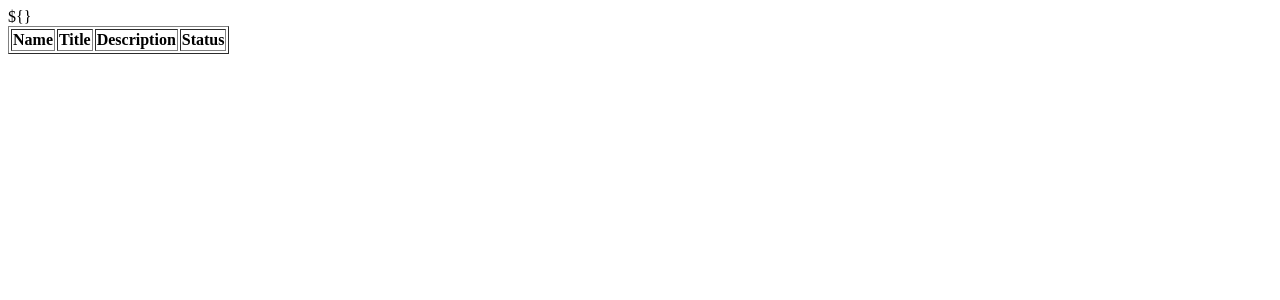
Repository: ARUN-YERRAM/Fs-Kmit
Page: index.html
The author's editor kept a copy of each file at every save. The page is drawn from the files as they stood at one save, then again after a run of saves.
The browser window is 1280 px wide. The pictures show the whole page.

Above is the page before, as saved 2024-12-14 15:21:02.

### index.html
<!DOCTYPE html>
<html lang="en">
<head>
    <meta charset="UTF-8">
    <meta name="viewport" content="width=device-width, initial-scale=1.0">
    <title>Document</title>

</head>
<body>
    <table border="1" id="table-body">
            <thead>
                <tr>
                    <th>Name</th>
                    <th>Title</th>
                    <th>Description</th>
                    <th>Status</th>
                </tr>
            </thead>

        <tbody>
            <!--  -->
            ${}
        </tbody>
        <script href="./app.js"></script>
    </table>
</body>
</html>

After the next 2 saves:
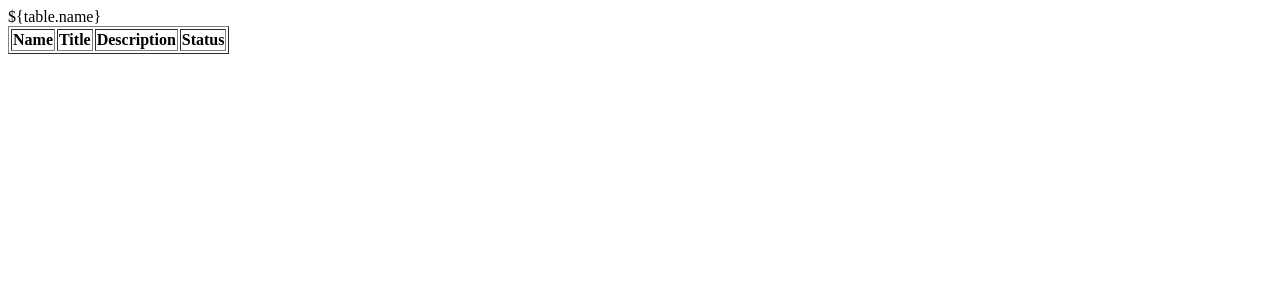
The 2 saves are shown as one change because they came seconds apart.
The last was saved 3 min 3 s later.
--- a/index.html
+++ b/index.html
@@ -19,7 +19,7 @@
 
         <tbody>
             <!--  -->
-            ${}
+            ${table.name}
         </tbody>
         <script href="./app.js"></script>
     </table>
